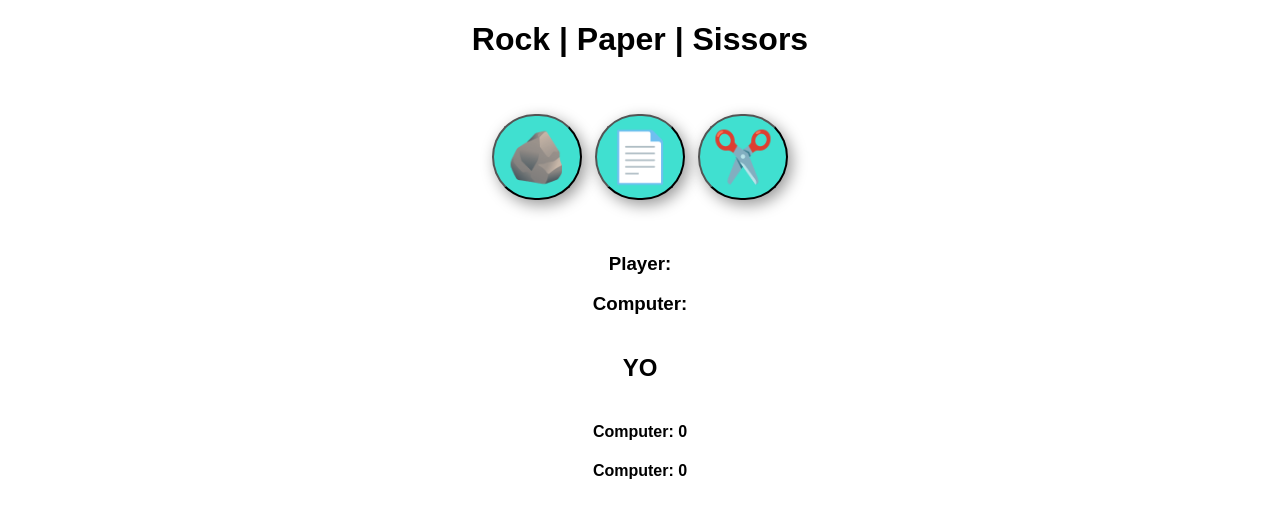
Repository: SakthivelDurai47/Rock-Paper-Sissors
Page: index.html
An editor plug-in stored every save of this project. The page is shown before and after the next save, followed by the edit.
The browser window is 1280 px wide. The pictures show the whole page.
The pointer rests on the first visible `button`.

Above is the page before, as saved 2025-04-14 22:12:54.

### index.html
<!DOCTYPE html>
<html lang="en">
  <head>
    <meta charset="UTF-8" />
    <meta name="viewport" content="width=device-width, initial-scale=1.0" />
    <title>Rock, Paper, Scissor</title>
    <meta name="aurthor" content="Sakthivel Durai S" />
    <link rel="stylesheet" href="styles.css" />
  </head>
  <body>
    <h1>Rock | Paper | Sissors</h1>
    <div id="choice">
      <button onclick="playGame('Rock')">🪨</button>
      <button onclick="playGame('Paper')">📄</button>
      <button onclick="playGame('Scissor')">✂️</button>
    </div>
    <div id="info">
      <h3>Player:</h3>
      <h3>Computer:</h3>
    </div>
    <h2 id="result">YO</h2>
    <div id="scores">
      <h4>Computer: <span id="scorePlr">0</span></h4>
      <h4>Computer: <span id="scoreCum">0</span></h4>
    </div>
    <script src="index.js"></script>
  </body>
</html>

### styles.css
body {
  margin: 0;
  font-family: Arial, sans-serif;
  display: flex;
  flex-direction: column;
  align-items: center;
  text-align: center;
}
#choice {
  margin: 30px;
}
button {
  border-radius: 300px;
  font-size: 50px;
  padding: 12px;
  margin: 4px;
  background-color: turquoise;
  box-shadow: 4px 5px 15px rgba(0, 3, 3, 0.4);
}

Loaded but not shown: index.js (no copy from this time; the picture is the same without it)

After the next save:
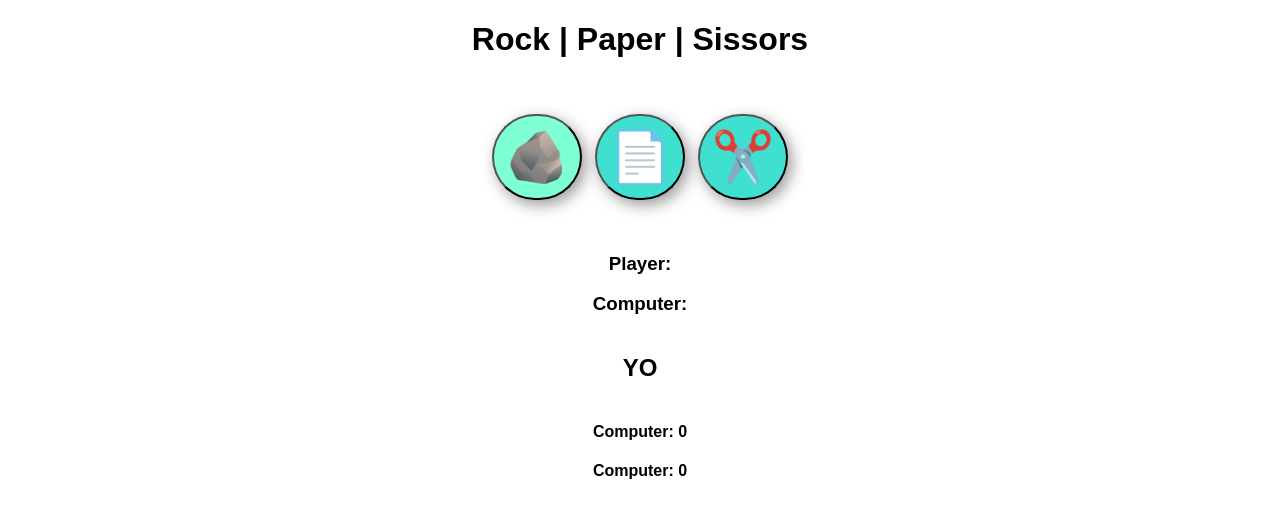
Saved 25 s later.
--- a/styles.css
+++ b/styles.css
@@ -17,3 +17,6 @@ button {
   background-color: turquoise;
   box-shadow: 4px 5px 15px rgba(0, 3, 3, 0.4);
 }
+button:hover {
+  background-color: aquamarine;
+}
